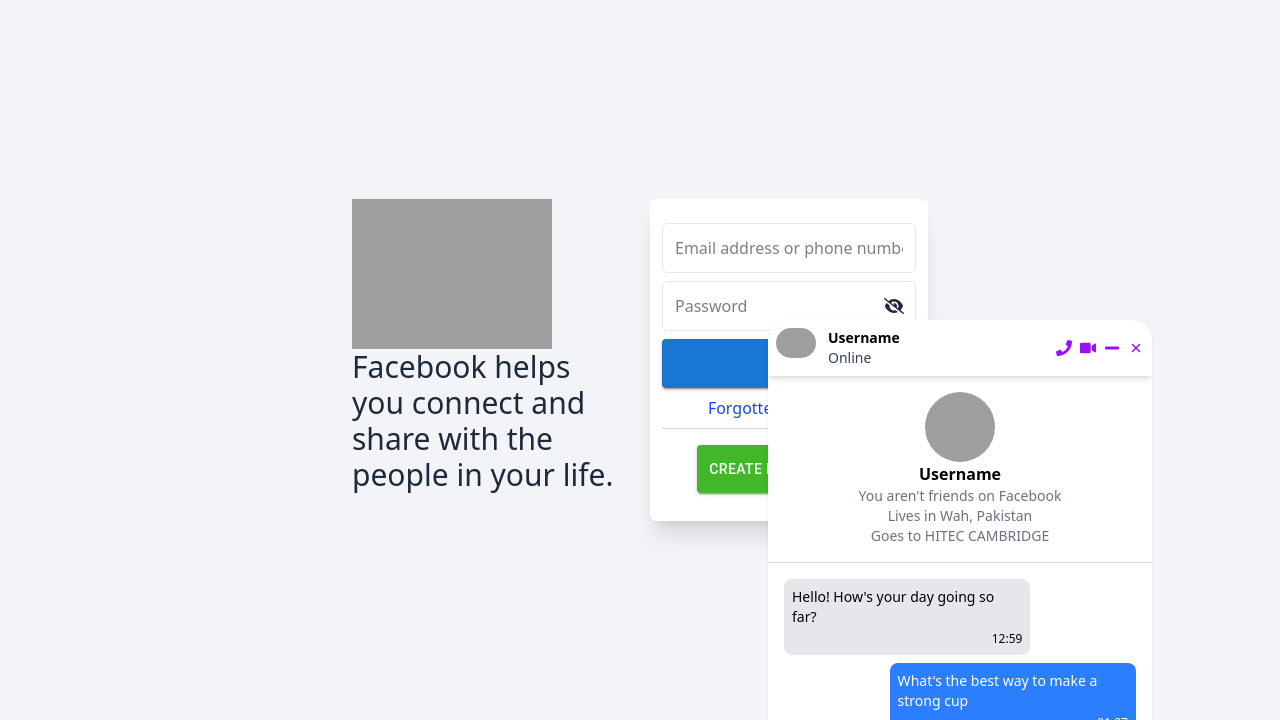
Repository: hsuntariq/fb_b18
Page: / (app in frontend/)
An editor plug-in stored every save of this project. The page is shown before and after the next save, followed by the edit.
The browser window is 1280 px wide. The pictures show the whole page.
Pictures or frames that could not be fetched are drawn as grey boxes. The page's requests for data from a server got no answer. Some web fonts or font styles are not loaded; a fallback is used. The project was rebuilt for these pictures with package versions that can differ from the ones it lists, and the page was loaded fresh each time. Some packages were replaced by stand-ins written for this rebuild. No one was signed in, and anything a server would have sent is missing. Also part of the build but not shown: frontend/vite.config.js, frontend/src/components/auth/RegisterForm.jsx, frontend/src/pages/auth/Register.jsx, frontend/src/components/home/rightside/data/data.jsx, frontend/src/components/home/rightside/Menu.jsx, frontend/src/components/home/AccountSettings.jsx, frontend/src/components/home/Navbar.jsx, frontend/src/components/home/data/sidebar_data.jsx and 32 more.

Above is the page before, as saved 2025-06-01 02:09:18.

### frontend/src/main.jsx
import { StrictMode } from "react";
import { createRoot } from "react-dom/client";
import App from "./App.jsx";
import { Provider } from "react-redux";
import { store } from "./store/store.js";
createRoot(document.getElementById("root")).render(
  <StrictMode>
    <Provider store={store}>
      <App />
    </Provider>
  </StrictMode>
);

### frontend/src/App.jsx
import React, { useState } from "react";
import "./globals.css";
import { BrowserRouter as Router, Routes, Route } from "react-router-dom";
import Login from "./pages/auth/Login";
import Register from "./pages/auth/Register";
import Home from "./pages/home/Home";
import 'react-loading-skeleton/dist/skeleton.css'
import { Toaster } from "react-hot-toast";
import OtpVerificationPage from "./pages/auth/OTP";
import Friends from "./components/home/friends/Friends";
import Feeds from "./components/home/Feeds/Feeds";
import Profile from "./Profiles/Profile";

import ClimateCenter from "./pages/home/ClimateCenter";
import FundraisersPage from "./components/home/SidebarComponents/Fundraisers/FundraisersPage";
import AllStories from "./pages/Story/AllStories";
import VideoPage from "./pages/videos/VideoPage";
import ChatContainer from "./components/home/chat/ChatContainer";
import io from 'socket.io-client'
import VideoCallZego from "./video_call/VideoCall";
const socket = io.connect('http://localhost:5174')
const App = () => {

  const [show, setShow] = useState(true)





  return (
    <>
      <Router>
        <Toaster />
        {show && <ChatContainer />}



        <Routes>
          {/* auth routes */}
          <Route path="/" element={<Login />} />
          <Route path="/register" element={<Register />} />
          <Route path="/otp" element={<OtpVerificationPage />} />
          {/* home routes */}

          <Route path="/home" element={<Home />} />
          <Route path="/friends" element={<Friends />} />
          <Route path="/feeds" element={<Feeds />}></Route>
          <Route path="/climatecenter" element={<ClimateCenter />} />
          <Route path="/profile/:id" element={<Profile setShow={setShow} show={show} />} />
          <Route path="/fundraiser" element={<FundraisersPage />} />
          <Route path="/stories" element={<AllStories />} />

          <Route path="/videos" element={<VideoPage />} />


          <Route path='/video-call/:sender_id/:receiver_id' element={<VideoCallZego />} />

        </Routes>
      </Router>
    </>
  );
};

export default App;

### frontend/src/globals.css
@import "tailwindcss";
@import url('https://fonts.googleapis.com/css2?family=Noto+Color+Emoji+Compat&display=swap');

.noto-emoji-animated {
  font-family: 'Noto Color Emoji Compat', sans-serif;
}

@keyframes emoji-animation {
  0%, 100% { transform: scale(1); }
  50% { transform: scale(1.2); }
}
.hide-scrollbar::-webkit-scrollbar {
  width: 0 !important;
}

.hide-arrows::-webkit-scrollbar {
  width: 0;
}

.bg-image {
  background-size: 100% 100% !important;
  background-position: 100% 100% !important;
}

.hr {
  height: 1px !important;
  background-color: #e5e7eb !important;
  border: none !important;
  margin: 0.5rem 0;
}

.post-caption::placeholder {
  font-size: 1.5rem !important;
}
.post-caption {
  resize: none;
}

### frontend/src/pages/auth/Login.jsx
import React from "react";
import Button from "@mui/material/Button";
import { Link } from "react-router-dom";
import LoginForm from "../../components/auth/LoginForm";

const Login = () => {
  return (
    <>
      <div className="min-h-screen flex justify-center items-center bg-[#F2F4F7]">
        <div className="grid gap-5 w-[90%] md:w-[70%] lg:w-[60%] mx-auto xl:w-[45%] grid-cols-1 lg:grid-cols-2">
          <div className="flex flex-col">
            <img
              src="https://cdn.pixabay.com/photo/2021/11/11/12/41/facebook-6786210_1280.png"
              alt="logo"
              width={200}
            />
            <h2 className="text-3xl text-gray-800">
              Facebook helps you connect and share with the people in your life.
            </h2>
          </div>

          <LoginForm/>
        </div>
      </div>
    </>
  );
};

export default Login;

### frontend/src/components/home/chat/ChatContainer.jsx
import React, { useState } from 'react';
import { FaMicrophone, FaMinus, FaPhone, FaVideo } from 'react-icons/fa';
import { IoClose } from 'react-icons/io5';
import { IoMdPhotos } from "react-icons/io";
import { BiSolidSticker } from "react-icons/bi";
import { FaImage, FaGift } from 'react-icons/fa';

const ChatContainer = () => {
  const [messages, setMessages] = useState([
    {
      id: 1,
      text: "Hello! How's your day going so far?",
      time: "12:59",
      sender: "other",
    },
    {
      id: 2,
      text: "What's the best way to make a strong cup",
      time: "01:27",
      sender: "self",
    },
  ]);
  const [messageInput, setMessageInput] = useState("");

  const handleSendMessage = (e) => {
    if (e.key === 'Enter' && messageInput.trim()) {
      setMessages([...messages, {
        id: messages.length + 1,
        text: messageInput,
        time: new Date().toLocaleTimeString([], { hour: '2-digit', minute: '2-digit' }),
        sender: "self",
      }]);
      setMessageInput("");
    }
  };

  return (
    <>
      <div className="min-h-screen bg-transparent pointer-events-none z-10 w-full fixed top-0">
        <div className="w-[70%] shadow fixed h-[400px] pointer-events-auto overflow-y-scroll bottom-0 right-[10%] md:w-[40%] lg:w-[30%] xl:w-[30%] rounded-t-[20px] bg-white">
          <div className="bg-white">
            <div className="flex items-center shadow-md p-2 justify-between">
              <div className="flex gap-3">
                <div className="h-[40px] w-[40px] rounded-full">
                  <img src="https://images.unsplash.com/photo-1633332755192-727a05c4013d?fm=jpg&q=60&w=3000&ixlib=rb-4.1.0&ixid=M3wxMjA3fDB8MHxzZWFyY2h8Mnx8dXNlcnxlbnwwfHwwfHx8MA%3D%3D" className='rounded-full' alt="" />
                </div>
                <div className="flex flex-col">
                  <h4 className="text-sm font-semibold">
                    Username
                  </h4>
                  <p className="text-gray-700 text-sm">
                    Online
                  </p>
                </div>
              </div>
              <div className="flex gap-2">
                <FaPhone className='text-purple-600' cursor={'pointer'} />
                <FaVideo className='text-purple-600' cursor={'pointer'} />
                <FaMinus className='text-purple-600' cursor={'pointer'} />
                <IoClose className='text-purple-600' cursor={'pointer'} />
              </div>
            </div>
            <div className="text-center p-4 border-b border-gray-300">
              <img src="https://images.unsplash.com/photo-1633332755192-727a05c4013d?fm=jpg&q=60&w=3000&ixlib=rb-4.1.0&ixid=M3wxMjA3fDB8MHxzZWFyY2h8Mnx8dXNlcnxlbnwwfHwwfHx8MA%3D%3D" className='w-[70px] h-[70px] rounded-full mx-auto' alt="" />
              <h4 className="text-1xl font-semibold">
                Username
              </h4>
              <p className="text-gray-500 text-sm">You aren't friends on Facebook</p>
              <p className="text-gray-500 text-sm">
                Lives in Wah, Pakistan
              </p>
              <p className="text-gray-500 text-sm">
                Goes to HITEC CAMBRIDGE
              </p>
            </div>
            <div className="message-screen bg-white relative overflow-y-scroll hide-scrollbar h-[300px] p-4">
              {messages.map((msg) => (
                <div
                  key={msg.id}
                  className={`flex ${msg.sender === "self" ? "justify-end" : "justify-start"} mb-2`}
                >
                  <div
                    className={`max-w-[70%] p-2 rounded-lg ${
                      msg.sender === "self"
                        ? "bg-blue-500 text-white"
                        : "bg-gray-200 text-black"
                    }`}
                  >
                    <p className="text-sm">{msg.text}</p>
                    <p className="text-xs text-right mt-1">{msg.time}</p>
                  </div>
                </div>
              ))}
            </div>
            <div className="border-t border-gray-300 p-2 flex items-center">
              <div className="flex items-center w-full">
                <div className="flex gap-2">
                  <FaMicrophone className="text-gray-500 cursor-pointer" />
                  <IoMdPhotos className="text-gray-500 cursor-pointer" />
                  <FaImage className="text-gray-500 cursor-pointer" />
                  <BiSolidSticker className="text-gray-500 cursor-pointer" />
                </div>
                <input
                  type="text"
                  value={messageInput}
                  onChange={(e) => setMessageInput(e.target.value)}
                  onKeyPress={handleSendMessage}
                  className="flex-1 mx-2 p-2 border rounded-full focus:outline-none"
                  placeholder="Type a message..."
                />
                <div className="flex items-center">
                  <FaGift className="text-gray-500 cursor-pointer" />
                </div>
              </div>
            </div>
          </div>
        </div>
      </div>
    </>
  );
};

export default ChatContainer;

### frontend/src/components/auth/LoginForm.jsx
import { Button } from "@mui/material";
import React, { useEffect, useState } from "react";
import { FaEye, FaEyeSlash } from "react-icons/fa6";
import { Link, useNavigate } from "react-router-dom";
import { useDispatch, useSelector } from "react-redux";
import { loginUser, userReset } from "../../features/users/userSlice";
import toast from "react-hot-toast";
import { ClockLoader } from "react-spinners";
const LoginForm = () => {
  const [formFields, setFormFields] = useState({
    email: "",
    password: "",
  });

  const [blocked, setBlocked] = useState(false);

  const [count, setCount] = useState(0);

  const [showEye, setShowEye] = useState(false);
  const [showPass, setShowPass] = useState(false);
  // destructure
  const { email, password } = formFields;

  const handleChange = (e) => {
    setFormFields({
      ...formFields,
      [e.target.name]: e.target.value,
    });
  };

  useEffect(() => {
    if (password.length > 0) {
      setShowEye(true);
    } else {
      setShowEye(false);
    }
  }, [password]);

  const dispatch = useDispatch();
  const navigate = useNavigate();
  const { userMessage, userError, userLoading, userSuccess } = useSelector(
    (state) => state.auth
  );

  useEffect(() => {
    if (userError) {
      toast.error(userMessage);
      setCount(count + 1);
    }

    if (userSuccess) {
      navigate("/home");
      setCount(0);
    }

    if (count == 4) {
      setBlocked(true);
      localStorage.setItem("blocked", "true");
      toast.error("You have been blocked, try again after 5 seconds");
    }

    dispatch(userReset());
  }, [userError, userSuccess]);

  useEffect(() => {
    let checkStatus = localStorage.getItem("blocked");
    if (checkStatus == "true") {
      setBlocked(true);
      toast.error("Do not refresh the page and wait for 5 seconds to resume");
      setTimeout(() => {
        setBlocked(false);
        localStorage.removeItem("blocked");
      }, 5000);
    } else {
      setBlocked(false);
    }
  }, []);

  const showTimer = () => {};

  const handleLogin = () => {
    const userData = {
      m_mail: email,
      password,
    };
    dispatch(loginUser(userData));
  };

  return (
    <>
      <form className="p-3 shadow-xl rounded-md bg-white">
        <input
          name="email"
          value={email}
          onChange={handleChange}
          type="text"
          placeholder="Email address or phone number"
          className="w-full mt-3  p-3 outline-0 focus:border-blue-500 border border-gray-200 rounded-md"
        />
        <div className="relative">
          <input
            name="password"
            value={password}
            onChange={handleChange}
            type={showPass ? "text" : "password"}
            placeholder="Password"
            className="w-full p-3 my-2 outline-0 focus:border-blue-500 border border-gray-200 rounded-md"
          />

          {showPass ? (
            <FaEye
              onClick={() => setShowPass(false)}
              size={20}
              cursor={"pointer"}
              className={`absolute   top-1/2 right-3 -translate-y-1/2 text-gray-800`}
            />
          ) : (
            <FaEyeSlash
              onClick={() => setShowPass(true)}
              size={20}
              cursor={"pointer"}
              className={`absolute  top-1/2 right-3 -translate-y-1/2 text-gray-800`}
            />
          )}

          {/* <FaEyeSlash onClick={()=>setShow(!show)} className={`absolute ${!show && 'hidden'} top-1/2 right-3 -translate-y-1/2 text-gray-800`} cursor={'pointer'} size={20} /> */}
        </div>

        <Button
          disabled={userLoading || blocked}
          variant="contained"
          onClick={handleLogin}
          className={`w-full my-2  `}
          style={{
            padding: "12px",
            fontWeight: "bold",
            background: (userLoading || blocked) && "#6a7282",
            color: (userLoading || blocked) && "white",
          }}
        >
          {userLoading ? (
            <ClockLoader size={20} color="white" />
          ) : blocked ? (
            "blocked"
          ) : (
            "Login"
          )}
        </Button>

        <Link
          to={"/"}
          className="text-blue-700 text-center block my-2 hover:underline"
        >
          Forgotten password ?
        </Link>

        <hr className="border-0 h-[1px] bg-gray-300" />
        <Link className="text-white" to={"/register"}>
          <Button
            variant="contained"
            style={{
              padding: "12px",
              background: "#42B72A",
              margin: "1rem auto",
              display: "block",
            }}
            className="my-2"
          >
            Create New Account
          </Button>
        </Link>
      </form>
    </>
  );
};

export default LoginForm;

### frontend/src/components/home/friends/FriendsSidebar.jsx
import { FaGift, FaUserPlus } from "react-icons/fa6";
import { HiMiniUsers } from "react-icons/hi2";
import { IoIosArrowForward } from "react-icons/io";
import { RiUserShared2Fill } from "react-icons/ri";
import { BiSolidUserDetail } from "react-icons/bi";

export const FriendsSidebar = [
  //   {
  //     id: 10,
  //     title: "Home",
  //     icon: <HiMiniUsers />,
  //   },
  {
    id: 1,
    title: "Friends request",
    icon: <RiUserShared2Fill size={20} />,
    icons_2: <IoIosArrowForward size={25} />,
  },
  {
    id: 2,
    title: "Suggestions",
    icon: <FaUserPlus size={20} />,
    icons_2: <IoIosArrowForward size={25} />,
  },
  {
    id: 3,
    title: "All Friends",
    icon: <BiSolidUserDetail size={20} />,
    icons_2: <IoIosArrowForward size={25} />,
  },
  {
    id: 4,
    title: "Birthdays",
    icon: <FaGift size={20} />,
  },
  {
    id: 5,
    title: "Custom lists",
    icon: <BiSolidUserDetail size={20} />,
    icons_2: <IoIosArrowForward size={25} />,
  },
];

### frontend/src/components/home/Feeds/FeedsData.jsx
import { FaStar, FaUserFriends } from "react-icons/fa";
import { MdGroups } from "react-icons/md";
import { RiFlag2Fill } from "react-icons/ri";

export const feedsData = [
  { id: 1, icon: <FaStar />, title: "Favourite" },
  {
    id: 2,
    icon: <FaUserFriends />,
    title: "Friends",
  },
  {
    id: 3,
    icon: <MdGroups />,
    title: "Groups",
  },
  {
    id: 4,
    icon: <RiFlag2Fill />,
    title: "Pages",
  },
];

### frontend/src/components/home/data/navbarData.jsx
import { BsPeople, BsShop } from "react-icons/bs";
import { GoHome } from "react-icons/go";
import { MdOutlineOndemandVideo } from "react-icons/md";

export const navbar_data = [
  {
    id: 1,
    title: "Home",
    icon: <GoHome size={25} />,
    link: "/home",
  },
  {
    id: 2,
    title: "Friends",
    icon: <BsPeople size={25} />,
    link: "/friends",
  },
  {
    id: 1,
    title: "Video",
    icon: <MdOutlineOndemandVideo size={25} />,
    link: "/videos",
  },
  {
    id: 1,
    title: "Marketplace",
    icon: <BsShop size={25} />,
    link: "/marketplace",
  },
];

### frontend/src/components/home/rightside/data/create_data.jsx
import { FaRegEdit, FaShoppingBag } from "react-icons/fa";
import { FcFilmReel } from "react-icons/fc";
import { GiPirateFlag, GiStarSkull } from "react-icons/gi";
import { HiSpeakerphone } from "react-icons/hi";
import { IoBookSharp } from "react-icons/io5";
import { TbHexagonPlusFilled } from "react-icons/tb";
import { TiGroup } from "react-icons/ti";

export const create_data = [
  {
    id: 2,
    icon: <FaRegEdit />,
    title: "post",
  },
  {
    id: 3,
    icon: <IoBookSharp />,
    title: "story",
  },
  {
    id: 4,
    icon: <FcFilmReel />,
    title: "reel",
  },
  {
    id: 5,
    icon: <GiStarSkull />,
    title: "life event",
  },
  {
    id: 6,
    icon: <GiPirateFlag />,
    title: "page",
  },
  {
    id: 7,
    icon: <HiSpeakerphone />,
    title: "add",
  },
  {
    id: 8,
    icon: <TiGroup />,
    title: "group",
  },
  {
    id: 9,
    icon: <TbHexagonPlusFilled />,
    title: "event",
  },
  {
    id: 10,
    icon: <FaShoppingBag />,
    title: "marketplace listing",
  },
];

Loaded but not shown: frontend/index.html (common file); frontend/src/features/posts/postSlice.js (167 lines, source omitted); frontend/src/features/users/userSlice.js (163 lines, source omitted); frontend/src/features/posts/postService.js (46 lines, source omitted); frontend/src/features/users/userService.js (38 lines, source omitted); frontend/src/store/store.js (10 lines, source omitted); frontend/src/pages/Story/AllStories.jsx (299 lines, source omitted)

After the next save:
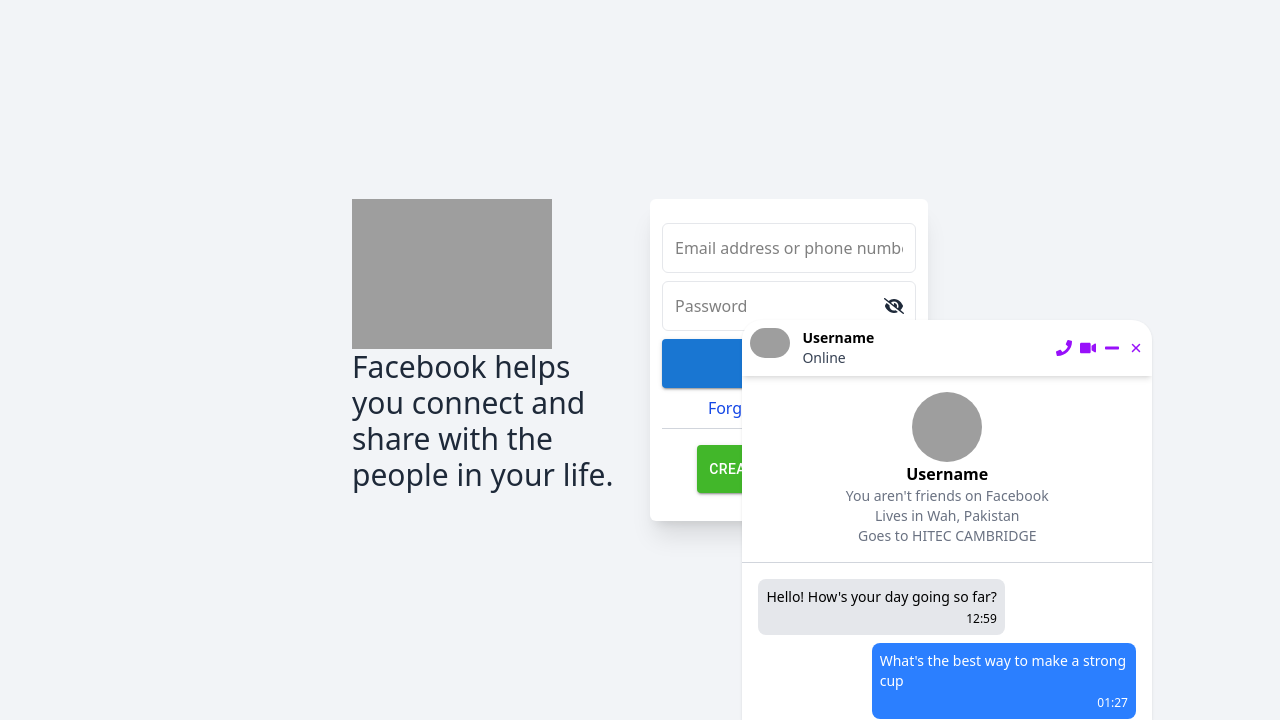
Saved 2 min 2 s later.
--- a/frontend/src/components/home/chat/ChatContainer.jsx
+++ b/frontend/src/components/home/chat/ChatContainer.jsx
@@ -37,7 +37,7 @@
   return (
     <>
       <div className="min-h-screen bg-transparent pointer-events-none z-10 w-full fixed top-0">
-        <div className="w-[70%] shadow fixed h-[400px] pointer-events-auto overflow-y-scroll bottom-0 right-[10%] md:w-[40%] lg:w-[30%] xl:w-[30%] rounded-t-[20px] bg-white">
+        <div className="w-[70%] shadow fixed h-[400px] hide-scrollbar pointer-events-auto overflow-y-scroll bottom-0 right-[10%] md:w-[40%] lg:w-[30%] xl:w-[32%] rounded-t-[20px] bg-white">
           <div className="bg-white">
             <div className="flex items-center shadow-md p-2 justify-between">
               <div className="flex gap-3">
